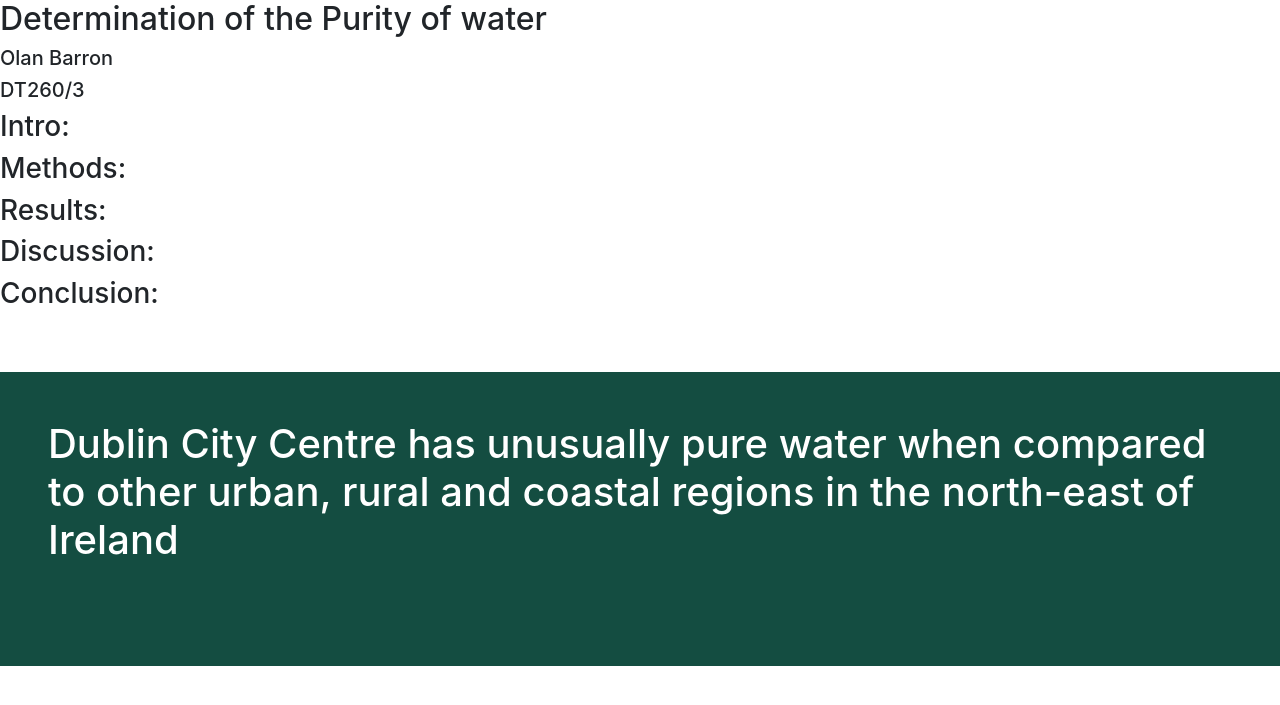
Repository: Olan1/project_poster
Page: index.html
The author's editor kept a record of every edit. The page is drawn from the files as they stood at one moment, then again after the next edit.
The browser window is 1280 px wide. The pictures show the whole page.

Above is the page before.

### index.html
<!DOCTYPE html>
<html lang="en">

<head>
    <meta charset="UTF-8">
    <meta name="viewport" content="width=device-width, initial-scale=1.0">
    <meta http-equiv="X-UA-Compatible" content="ie=edge">

    <!-- Bootstrap -->
    <link rel="stylesheet" href="https://stackpath.bootstrapcdn.com/bootstrap/4.4.1/css/bootstrap.min.css" integrity="sha384-Vkoo8x4CGsO3+Hhxv8T/Q5PaXtkKtu6ug5TOeNV6gBiFeWPGFN9MuhOf23Q9Ifjh" crossorigin="anonymous">

    <!-- Local CSS -->
    <link rel="stylesheet" href="static/style.css" type="text/css" />

    <title>Purity of Water</title>
</head>

<body>
    <div class="container-fluid">
        <div class="row">
            <div class="col-m-3">
                <h2>Determination of the Purity of water</h2>
                <h5>Olan Barron</h5>
                <h5>DT260/3</h5>

                <h3>Intro:</h3>
                <h3>Methods:</h3>
                <h3>Results:</h3>
                <h3>Discussion:</h3>
                <h3>Conclusion:</h3>
            </div>
            <div class="col-m-6 bg-green p-0">
                <h1 class="white-text center-text center-align m-5">Dublin City Centre has unusually pure water when compared to other urban, rural and coastal regions in the north-east of Ireland</h1>
            </div>
            <div class="col-md-3">

            </div>
        </div>
    </div>


    <script src="https://cdnjs.cloudflare.com/ajax/libs/jquery/3.5.0/jquery.min.js"></script>
    <script src="https://cdn.jsdelivr.net/npm/popper.js@1.16.0/dist/umd/popper.min.js" integrity="sha384-Q6E9RHvbIyZFJoft+2mJbHaEWldlvI9IOYy5n3zV9zzTtmI3UksdQRVvoxMfooAo" crossorigin="anonymous"></script>
    <script src="https://stackpath.bootstrapcdn.com/bootstrap/4.4.1/js/bootstrap.min.js" integrity="sha384-wfSDF2E50Y2D1uUdj0O3uMBJnjuUD4Ih7YwaYd1iqfktj0Uod8GCExl3Og8ifwB6" crossorigin="anonymous"></script>
</body>

</html>

### assets/css/style.css
body,
.container-fluid,
.row {
    height: 100vh;
}

.bg-green {
    background-color: #144D41;
}

.white-text {
    color: #ffffff;
}

.justify {
    text-align: justify;
}

After the next edit:
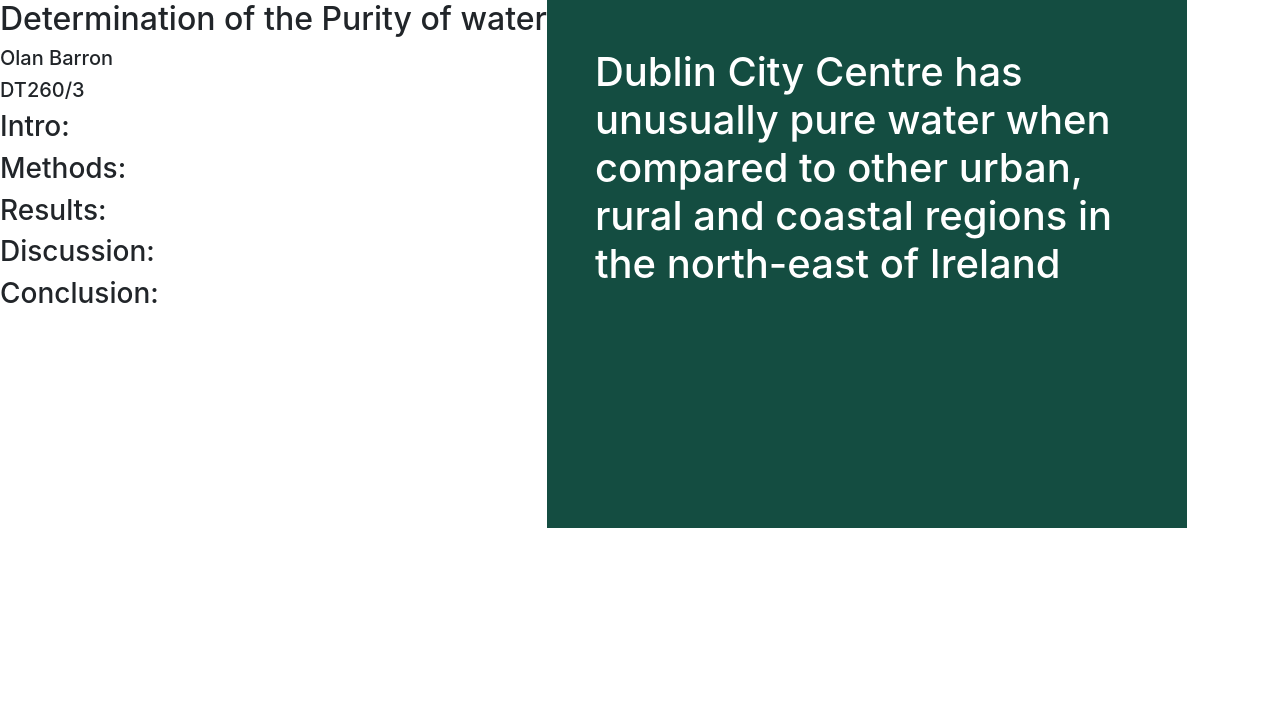
The edit:
--- a/index.html
+++ b/index.html
@@ -29,7 +29,7 @@
                 <h3>Discussion:</h3>
                 <h3>Conclusion:</h3>
             </div>
-            <div class="col-m-6 bg-green p-0">
+            <div class="col-md-6 bg-green p-0">
                 <h1 class="white-text center-text center-align m-5">Dublin City Centre has unusually pure water when compared to other urban, rural and coastal regions in the north-east of Ireland</h1>
             </div>
             <div class="col-md-3">
